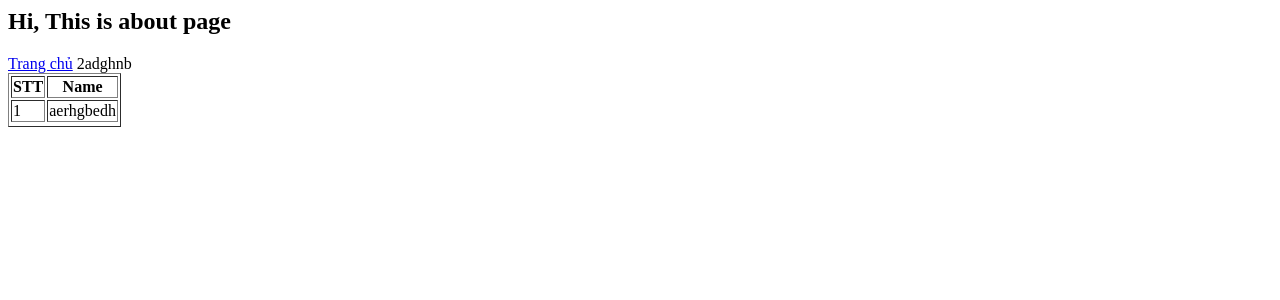
Repository: Tranghii/HTML-CSS
Page: HTML&CSS/about.html
These files come from the project's save history. The page is drawn as it stood at one moment and after a run of saves; the edit follows.
The browser window is 1280 px wide. The pictures show the whole page.

Above is the page before, as saved 2025-10-11 16:38:12.

### HTML&CSS/about.html
<h2>Hi, This is about page</h2>
<a href="index.html">Trang chủ</a>

<table border="1">
    <thead>
        <tr>
            <th>STT</th>
            <th>Name</th>
        </tr>
    </thead>
    <tbody>
        <tr>
            <td>1</td>
            <td>aerhgbedh</td>
        </tr>
        <tr>
            <tb>2</tb>
            <tb>adghnb</tb>
        </tr>
    </tbody>
</table>

After the next 2 saves:
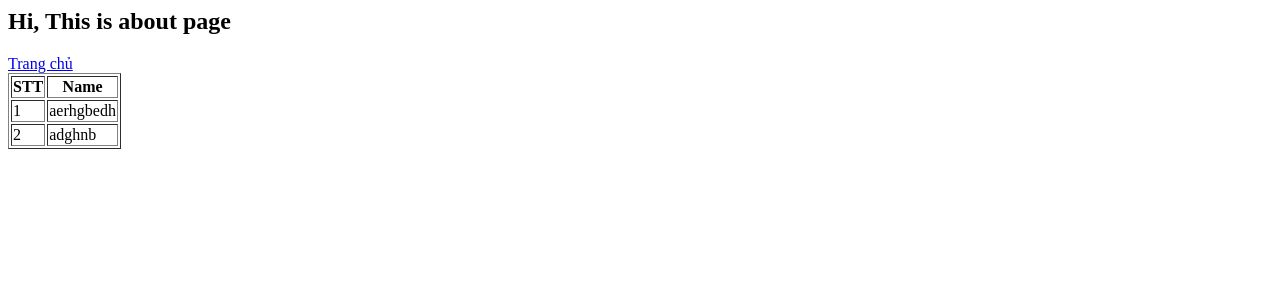
The 2 saves are shown as one change because they came seconds apart.
The last was saved 13 s later.
--- a/HTML&CSS/about.html
+++ b/HTML&CSS/about.html
@@ -14,8 +14,8 @@
             <td>aerhgbedh</td>
         </tr>
         <tr>
-            <tb>2</tb>
-            <tb>adghnb</tb>
+            <td>2</td>
+            <td>adghnb</td>
         </tr>
     </tbody>
 </table>
